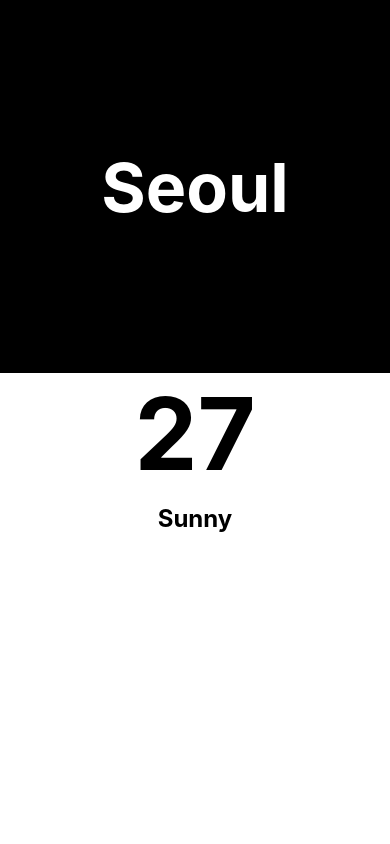
Repository: NewTurn2017/React-Native-Weather-App
Screen: /
The author's editor kept a copy of each file at every save. The screen is drawn from the files as they stood at one save, then again after the next save.
The app was drawn by React Native's web renderer in a window 390 px wide. The project was rebuilt for these pictures with package versions that can differ from the ones it lists, and the page was loaded fresh each time.

Above is the screen before, as saved 2023-04-21 11:57:05.

### App.js
import { StatusBar } from 'expo-status-bar'
import { View, Text, StyleSheet, ScrollView, Dimensions } from 'react-native'
const { width: SCREEN_WIDTH } = Dimensions.get('window')

export default function App() {
  return (
    <View style={styles.container}>
      <StatusBar style="light" />
      <View style={styles.city}>
        <Text style={styles.cityName}>Seoul</Text>
      </View>

      <ScrollView pagingEnabled horizontal style={styles.weather}>
        <View style={styles.day}>
          <Text style={styles.temp}>27</Text>
          <Text style={styles.description}>Sunny</Text>
        </View>
        <View style={styles.day}>
          <Text style={styles.temp}>27</Text>
          <Text style={styles.description}>Sunny</Text>
        </View>
        <View style={styles.day}>
          <Text style={styles.temp}>27</Text>
          <Text style={styles.description}>Sunny</Text>
        </View>
        <View style={styles.day}>
          <Text style={styles.temp}>27</Text>
          <Text style={styles.description}>Sunny</Text>
        </View>
        <View style={styles.day}>
          <Text style={styles.temp}>27</Text>
          <Text style={styles.description}>Sunny</Text>
        </View>
      </ScrollView>
    </View>
  )
}
const styles = StyleSheet.create({
  container: {
    flex: 1,
    backgroundColor: 'black',
  },
  cityName: {
    color: 'white',
    fontSize: 68,
    fontWeight: 'bold',
  },
  city: {
    flex: 1.2,
    backgroundColor: 'black',
    alignItems: 'center',
    justifyContent: 'center',
  },
  weather: {
    backgroundColor: 'white',
  },
  day: {
    width: SCREEN_WIDTH,
    alignItems: 'center',
  },
  temp: {
    color: 'black',
    fontSize: 100,
    fontWeight: 'bold',
  },
  description: {
    color: 'black',
    fontSize: 24,
    fontWeight: 'bold',
    marginTop: 10, // Add marginTop to reduce the gap between temp and description
  },
})

After the next save:
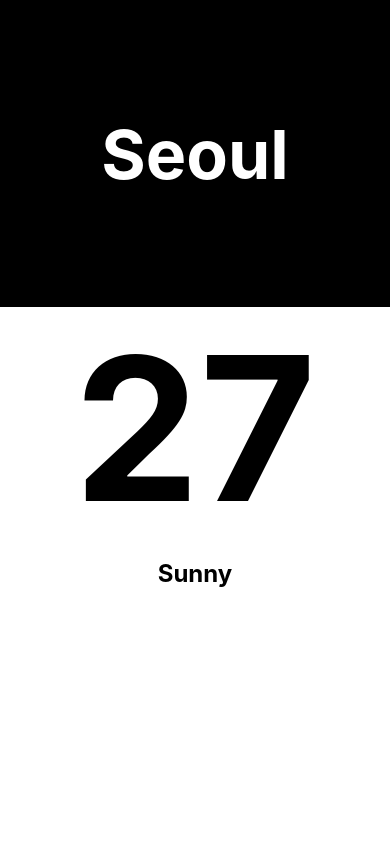
Saved 16 s later.
--- a/App.js
+++ b/App.js
@@ -60,7 +60,7 @@ const styles = StyleSheet.create({
   },
   temp: {
     color: 'black',
-    fontSize: 100,
+    fontSize: 200,
     fontWeight: 'bold',
   },
   description: {
